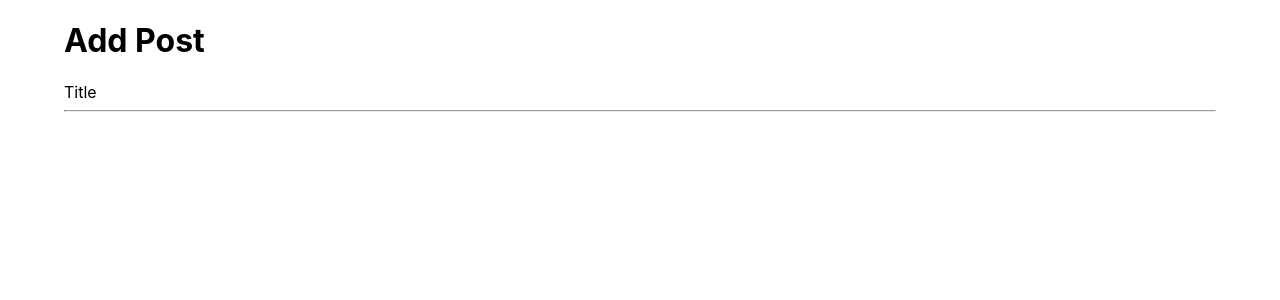
Repository: akinsikuoluwafemi/Red
Page: /
An editor plug-in stored every save of this project. The page is shown before and after a run of saves, followed by the edit.
The browser window is 1280 px wide. The pictures show the whole page.
The page's requests for data from a server got no answer. The project was rebuilt for these pictures with package versions that can differ from the ones it lists, and the page was loaded fresh each time. No one was signed in, and anything a server would have sent is missing.

Above is the page before, as saved 2021-01-18 09:03:07.

### src/App.js
import logo from './logo.svg';
import './App.css';
import Posts from './components/Posts';
import PostForm from './components/PostForm';



function App() {
  return (
    <div className="App">
      <PostForm />
      <hr/>
      <Posts/>
    </div>
  );
}

export default App;

### src/components/Posts.js
import React, { Component } from 'react'

 class Posts extends Component {

     state = {
            posts: []
        }

    componentDidMount() {
        fetch('https://jsonplaceholder.typicode.com/posts')
            .then(res => res.json())
            .then(data => this.setState({posts: data}));
    }
    render() {
        const postItems = this.state.posts.map(post => (
            <div key={post.id}>
                <h3>{post.title}</h3>
                <p>{ post.body}</p>
           </div>
       ))

        return (
            <div>
                {postItems}
            </div>
        )
    }
}

export default Posts

### src/components/PostForm.js
import React, { Component } from 'react'

 class PostForm extends Component {
     state = {

   }

    render() {
        return (
            <div>
                <h1>Add Post</h1>
                <form>
                    <div>
                        <label>Title</label>
                    </div>
                </form>
            </div>
        )
    }
}

export default PostForm

Loaded but not shown: public/index.html (common file); src/index.js (common file); src/index.css (common file); src/reportWebVitals.js (common file); src/App.css (common file)

After the next 2 saves:
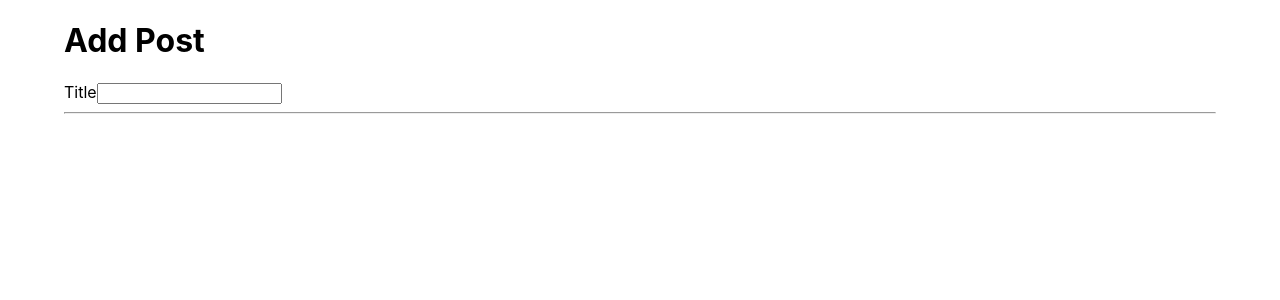
The 2 saves are shown as one change because they came seconds apart.
The last was saved 7 s later.
--- a/src/components/PostForm.js
+++ b/src/components/PostForm.js
@@ -12,6 +12,7 @@ import React, { Component } from 'react'
                 <form>
                     <div>
                         <label>Title</label>
+                        <input/>
                     </div>
                 </form>
             </div>
